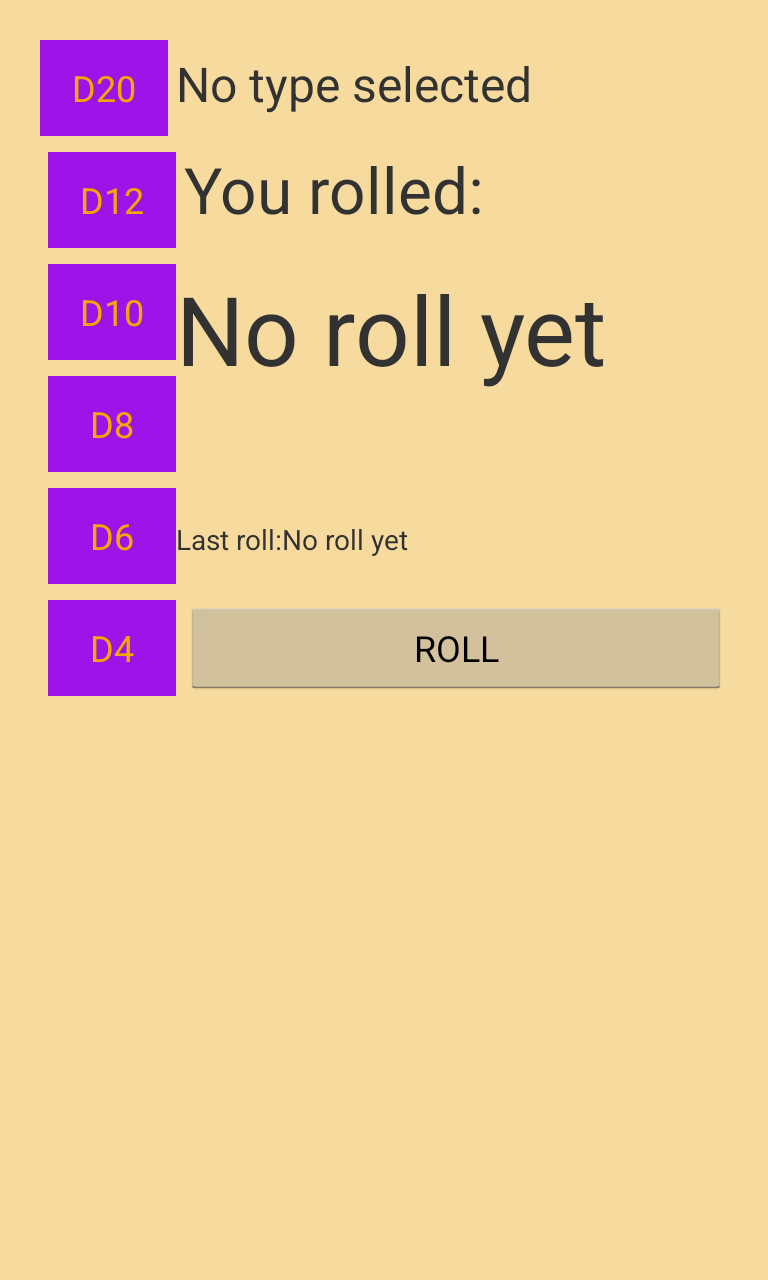
Repository: Bjodol/Roller
Layout: Roller3/res/layout/activity_main.xml
An editor plug-in stored every save of this project. The layout is shown before and after the next save, followed by the edit.
It is drawn on a 768 x 1280 px phone screen (xhdpi) without system bars, with theme AppTheme; the app's code is not run. The app's manifest (not shown) leaves right-to-left support off. So textAlignment, textDirection and layoutDirection are ignored, and left and right values win over start and end ones.

Above is the layout before, as saved 2013-08-31 08:43:28.

After the next save:
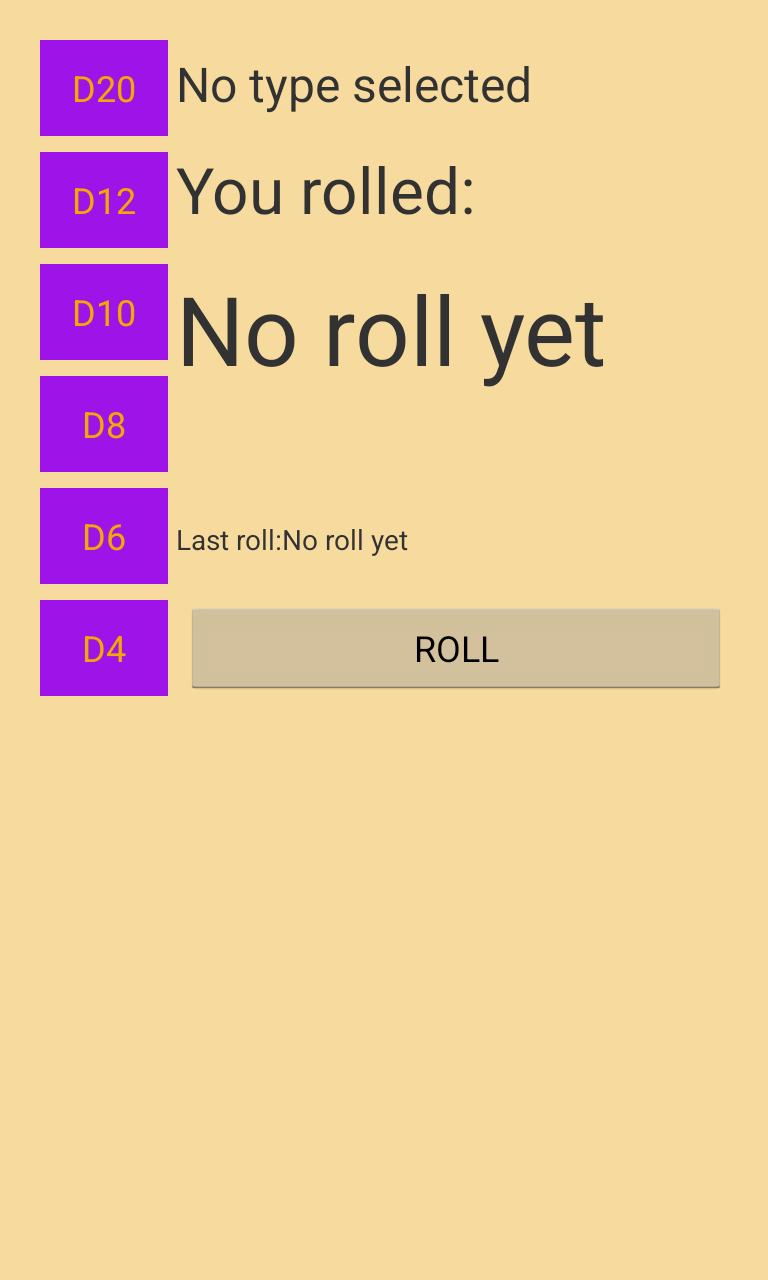
Saved 43 s later.
--- a/Roller3/res/layout/activity_main.xml
+++ b/Roller3/res/layout/activity_main.xml
@@ -17,7 +17,6 @@
         android:textColor="@color/Bronze"
         android:layout_width="wrap_content"
         android:layout_height="wrap_content"
-        android:layout_alignLeft="@+id/d20"
         android:layout_below="@+id/d20"
         android:onClick="d12"
         android:text="@string/d12" />
